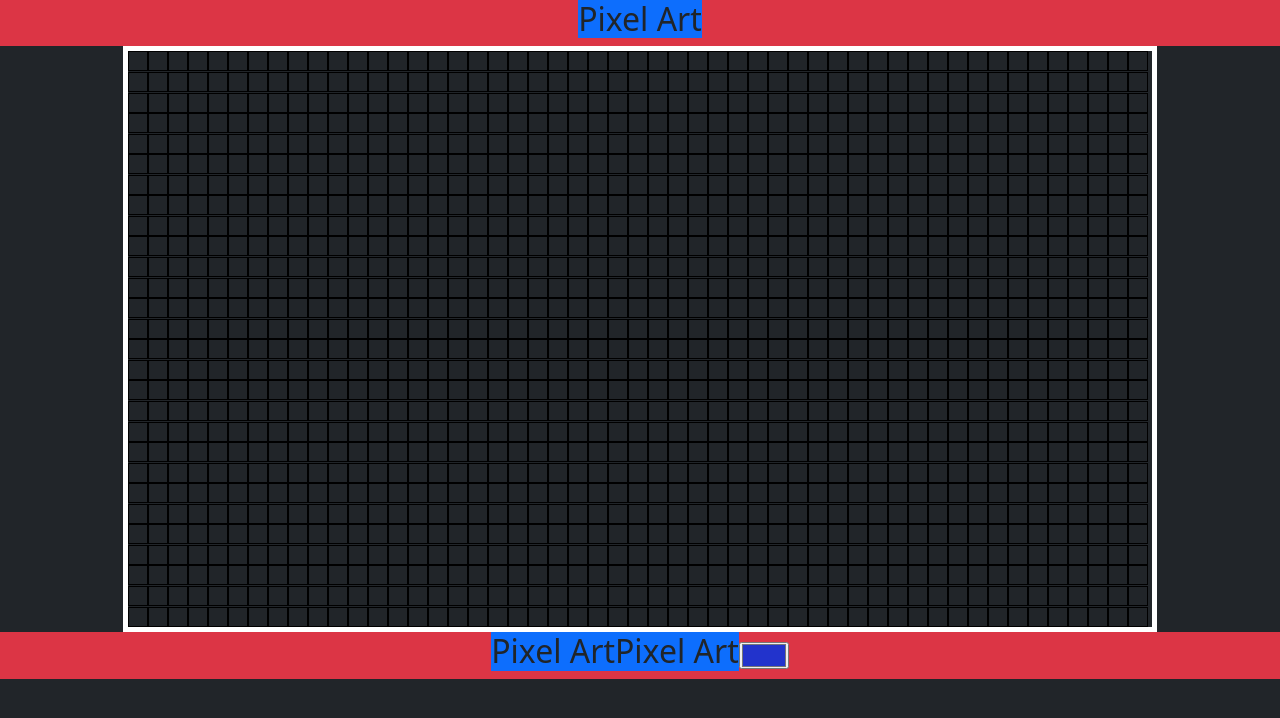
Repository: bechara611/pixelartdb
Page: /
These files come from the project's save history. The page is drawn as it stood at one moment and after a run of saves; the edit follows.
The browser window is 1280 px wide. The pictures show the whole page.
The project was rebuilt for these pictures with package versions that can differ from the ones it lists, and the page was loaded fresh each time. Also part of the build but not shown: vite.config.js.

Above is the page before, as saved 2023-03-07 13:38:30.

After the next 2 saves:
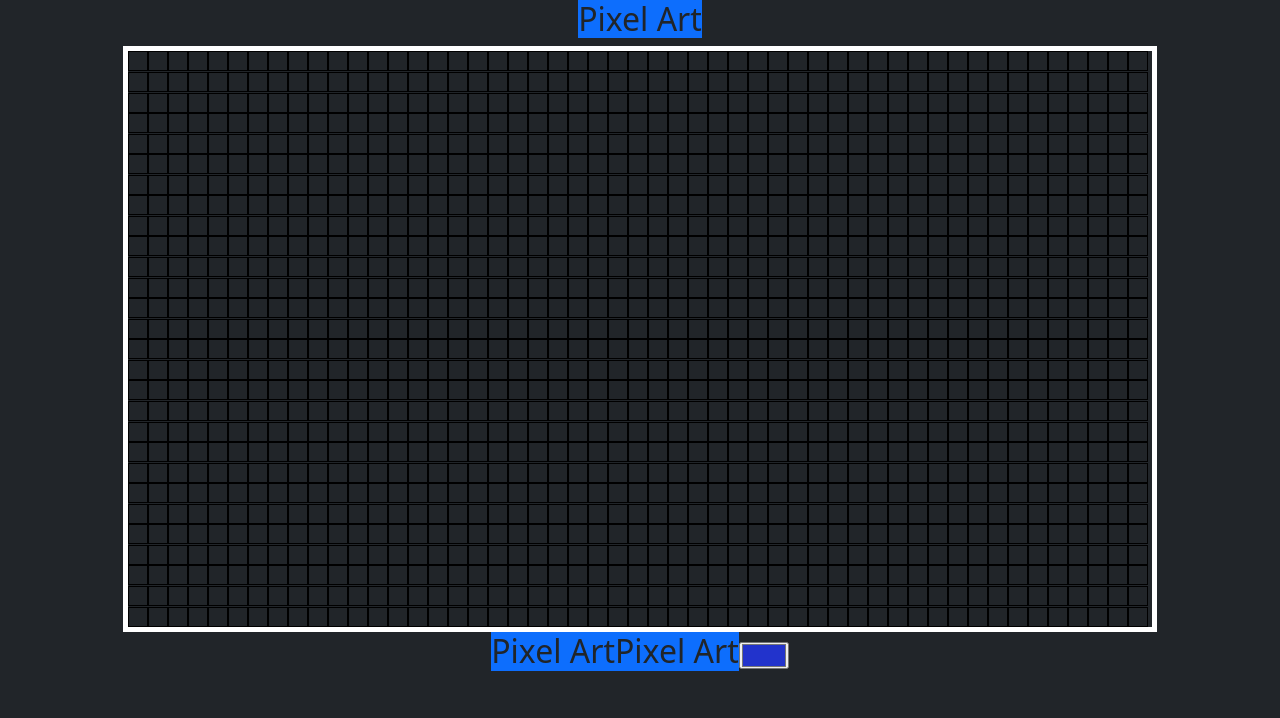
The 2 saves are shown as one change because they came seconds apart.
The last was saved 24 s later.
--- a/src/App.jsx
+++ b/src/App.jsx
@@ -53,7 +53,7 @@ const App = () => {
   return (
     <>
       <div className="bg-dark fondo">
-        <div className="col-12 contenedor-05 bg-danger">
+        <div className="col-12 contenedor-05 ">
           <div className="contenedor-mayor header">
             <h2 className='bg-primary'>Pixel Art</h2>
 
@@ -81,7 +81,7 @@ const App = () => {
             </div>
           </div>
         </div>
-        <div className="col-12 contenedor-06 bg-danger">
+        <div className="col-12 contenedor-06 ">
           <div className="contenedor-mayor header">
             <h2 className='bg-primary'>Pixel Art</h2>
             <h2 className='bg-primary'>Pixel Art</h2>
